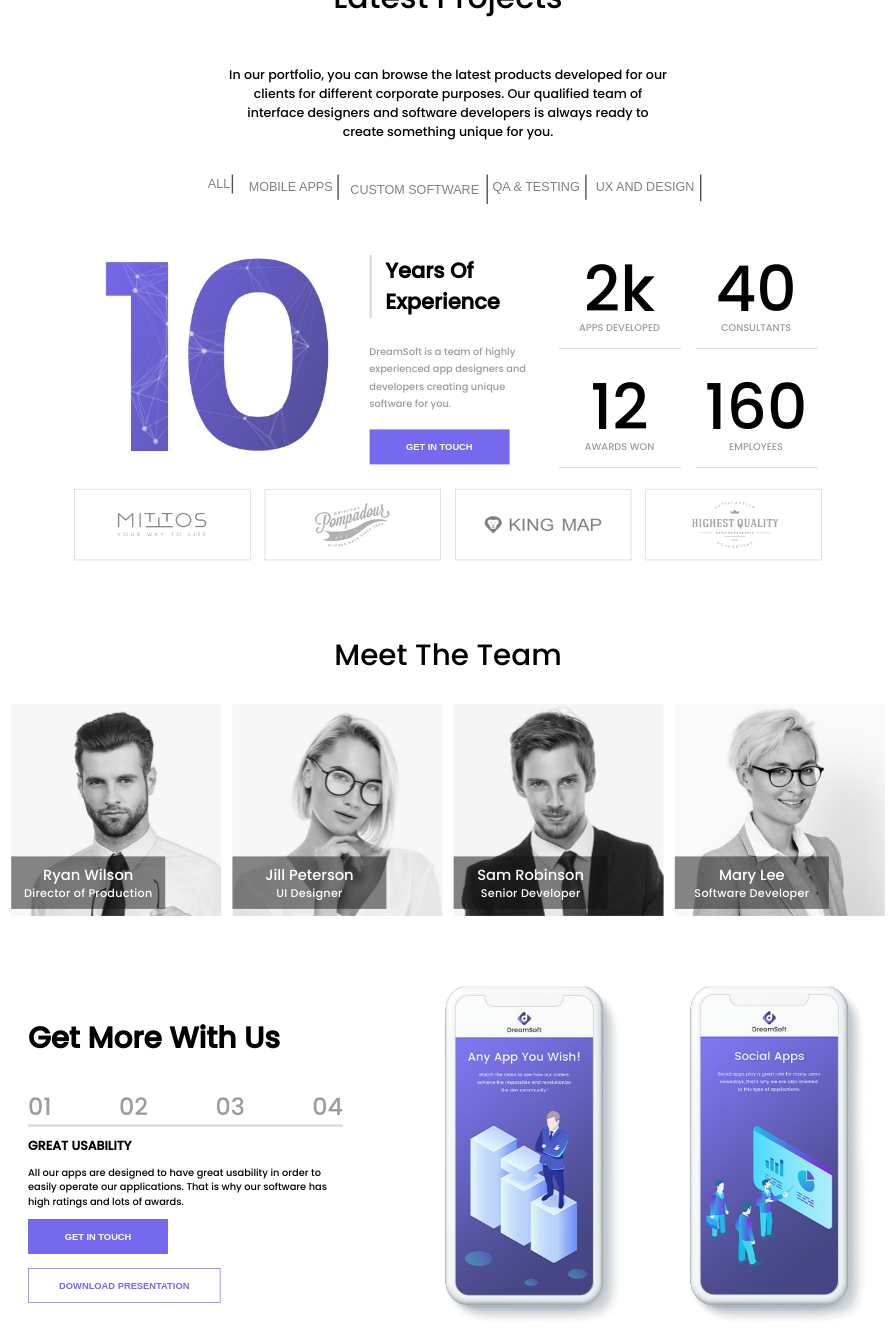
Repository: kkyler24/ladders-bootcamp-awesome
Page: index.html
An editor plug-in stored every save of this project. The page is shown before and after the next save, followed by the edit.
The browser window is 1280 px wide. The pictures show the part of the page from y = 1458 to 3378 px (the page is 6192 px tall before and 6187 px after), at 70% of full size.

Above is the page before, as saved 2021-03-20 10:44:47.

### index.html
<!DOCTYPE html>
<html lang="en">
  <head>
    <meta charset="UTF-8" />
    <meta name="viewport" content="width=device-width, initial-scale=1.0" />
    <link rel="stylesheet" href="style.css" />
    <link rel="stylesheet" href="kstyle.css" />
    <link rel="preconnect" href="https://fonts.gstatic.com">
    <link href="https://fonts.googleapis.com/css2?family=Poppins:wght@500&display=swap" rel="stylesheet">
    <title>Demo</title>
  </head>
  <body>
    <header></header>
    <nav class="container-nav">
      <a class="logopic">
        <img src="./img/jumbotron/logo-default-191x52.png" alt="MCLA LOGO"   height="63.99" width="220">
      </a>
      <div class="nav-link">
      <ul>
        <li class=" list-inline">
          <a href="./index.html">Home</a>
        </li>
        <li class="nav-item active list-inline">
          <a href="./index.html">About Us</a>
        </li>
        <li class="nav-item active list-inline">
          <a href="./index.html">Gallery</a>
        </li>
        <li class="nav-item active list-inline">
          <a href="./index.html">Pricing</a>
        </li>
        <li class="nav-item active list-inline">
          <a href="./index.html">Blog</a>
        </li>
      </ul>
    </div>
      <!-- <button></button> -->

    </nav>
    <!-- jumbotron 3 slides -->
    <div id="jumbotron" class="carousel">
      <!-- <ul class ="carousel-indicators">
          <li data-target="#carouselExampleCaptions" data-slide-to="0" class="active"></li>
          <li data-target="#carouselExampleCaptions" data-slide-to="1"></li>
          <li data-target="#carouselExampleCaptions" data-slide-to="2"></li>
          <li data-target="#carouselExampleCaptions" data-slide-to="3"></li>
      </ul> -->
      <div class="container-jumbo">
          <div class="carousel-item">
              <img id="jumboimgOne"src="./img/jumbotron/jess-bailey-q10VITrVYUM-unsplash.jpg"  alt="..." />
              <div class="jumboheadline">
                <h2 class="jumbotext">Mobile App Development</h2><br>
                  <div id="indext">
                    <p class="jumboPara"> Since our establishment, we have delivering high-quality and sutainable <br> software solutions for corporate purpose of worldwide business.</p>
                  </div>

              </div>
          </div>
          <!-- <div class="carousel-item">
              <img src="Assets/diversity2gether.jpg" class="d-block w-100" alt="..." />
              <div class="carousel-caption d-none d-md-block">
                  <h5>We Celebrate diversity</h5>
              </div>
          </div>
          <div class="carousel-item">
              <img src="Assets/womensrights.jpg" class="d-block w-100" alt="..." />
              <div class="carousel-caption d-none d-md-block">
                  <h5> We charise our choices</h5>
              </div>
          </div>
          <div class="carousel-item">
              <img src="Assets/climate.jpg" class="d-block w-100" alt="..." />
              <div class="carousel-caption d-none d-md-block">
                  <h5> We protect whats ours</h5>
              </div> -->
          </div>
      </div>
  </div>
  <!-- <a class="carousel-control-prev" href="#carouselExampleCaptions" role="button" data-slide="prev">
      <span class="carousel-control-prev-icon" aria-hidden="true"></span>
      <span class="sr-only">Previous</span>
  </a>
  <a class="carousel-control-next" href="#carouselExampleCaptions" role="button" data-slide="next">
      <span class="carousel-control-next-icon" aria-hidden="true"></span>
      <span class="sr-only">Next</span>
  </a> -->
</div>

    </section>

    <section class="all-service-section">
      <!-- see all services -->
          <div class="all-services-img">
            <img src="https://ld-wt73.template-help.com/wt_prod-18959/images/index-1-415x592.jpg" alt="" width="415" height="592">
          </div>

          <div class="all-services-container">

              <div class="corporate-solutions-block">
                <h3 class="all-services-h3">See All Services</h3>
                <button class="all-services-button">All Services</button>
              </div>
              <div class="corporate-solutions-block">
                <img src="./img/icon-phone.PNG" alt="">
                <h4 class="services-title-h4">CORPORATE SOLUTIONS</h4>
                <p class="corporate-solutions-text">Need specific software for your company? We are ready to develop it!</p>
              </div>
              <div class="corporate-solutions-block">
                <img src="./img/icon-headset.PNG" alt="">
                <h4 class="services-title-h4">CALL CENTER SOLUTIONS</h4>
                <p class="corporate-solutions-text">Our experts provide custom products of any complexity for call centers.</p>
              </div>
              <div class="corporate-solutions-block">
                <img src="./img/icon-cloud-box.PNG" alt="">
                <h4 class="services-title-h4">CLOUD DEVELOPMENT</h4>
                <p class="corporate-solutions-text">We can also offer you reliable cloud development solutions.</p>
              </div>

          </div>
    </section>

    <section id="sectThree" class="container-fluid">
      <!-- latest Projects -->
      <div class="latestPro">
        <h1 id="latestPro"> Latest Projects</h1>
        <p id="latestPara">In our portfolio, you can browse the latest products developed for our clients for different corporate purposes. Our qualified team of interface designers and software developers is always ready to create something unique for you.</p>
        <div id="latestRow">
         <div class="latestButtons"><button>All</button></div>
         <div class="latestButtons"><button>Mobile Apps</button></div>
         <div class="latestButtons"><button>custom Software</button></div>
         <div class="latestButtons"><button>QA & Testing</button></div>
         <div class="latestButtons"><button>UX and Design</button></div>
        </div>

      </div>
    </section>

    <section class="achievements-section">
      <!-- achievements -->
      <figure>
      <img src="./img/10.jpg" alt="Animated number ten" height="300" />
      </figure>
      <div class="years-of-experience-container">
        <h1>Years Of Experience</h1>
        <p>
          DreamSoft is a team of highly experienced app designers and developers
          creating unique software for you.
        </p>
        <button class="get-in-touch-button">Get in touch</button>
      </div>
      <div class="achievements-numbers-container">
        <div class="achievements-numbers-block">
          <h2>2k</h2>
          <p>APPS DEVELOPED</p>
        </div>
        <div class="achievements-numbers-block">
          <h2>40</h2>
          <p>CONSULTANTS</p>
        </div>
        <div class="achievements-numbers-block">
          <h2>12</h2>
          <p>AWARDS WON</p>
        </div>
        <div class="achievements-numbers-block">
          <h2>160</h2>
          <p>EMPLOYEES</p>
        </div>
      </div>
      <div class="logo-links-container">
        <figure>
          <img src="./img/clients-9-270x117.png" alt="Mittos Logo" >
        </figure>
        <figure>
          <img src="./img/clients-10-270x117.png" alt="Pompadour Logo" >
        </figure>
        <figure>
          <img src="./img/clients-3-270x117.png" alt="King Map Logo" >
        </figure>
        <figure>
          <img src="./img/clients-11-270x117.png" alt="Highest Quality Logo" >
        </figure>
      </div>
    </section>

    <section class="meet-the-team-section">
      <!-- meet the team -->
      <h2 class="meet-the-team-h2">Meet The Team</h2>

      <div class="meet-the-team-main-container">

          <div class="meet-team-block">
            <img src="./img/ryan-wilson.jpg" alt="">

            <div class="meet-team-text-block">
              <h4 class="meet-the-team-h4">Ryan Wilson</h4>
              <p class="meet-the-team-p">Director of Production</p>
            </div>
          </div>
          <div class="meet-team-block">
            <img src="./img/jill-peterson.jpg" alt="">

            <div class='meet-team-text-block'>
              <h4 class="meet-the-team-h4">Jill Peterson</h4>
              <p class="meet-the-team-p">UI Designer</p>
            </div>
          </div>
          <div class="meet-team-block">
            <img src="./img/sam-robinson.jpg" alt="">

            <div class='meet-team-text-block'>
              <h4 class="meet-the-team-h4">Sam Robinson</h4>
              <p class="meet-the-team-p">Senior Developer</p>
            </div>
          </div>
          <div class="meet-team-block">
            <img src="./img/mary-lee.jpg" alt="">

            <div class='meet-team-text-block'>
              <h4 class="meet-the-team-h4">Mary Lee</h4>
              <p class="meet-the-team-p">Software Developer</p>
            </div>
          </div>

      </div>
    </section>

    <section class="get-more-with-us-section">
      <!-- Get more with us -->
      <section class="get-more-with-us">
        <h1>Get More With Us</h1>
        <div class="numbers">
          <p>01</p>
          <p>02</p>
          <p>03</p>
          <p>04</p>
        </div>
        <h2>GREAT USABILITY</h2>
        <p class="get-more-about-project">
          All our apps are designed to have great usability in
          order to easily operate our applications.
          That is why our software has high ratings and lots of awards.
        </p>
        <button class="get-in-touch-button">Get in touch</button>
        <button class="download-presentation-button">Download presentation</button>
      </section>
      <img src="img/index-4-261x484.png" alt="Screen with Any App You Wish">
      <img src="img/index-5-261x484.png" alt="Screen with Socia Apps">
    </section>

    <section class="what-people-say-section">
      <!-- What People Say -->
      <h2 class="what-people-say-h2">What People Say</h2>

      <div class="what-people-say-main-container">

        <div class="client-container">
          <img src="./img/catherine-wilson.jpg" alt="">
          <div class="client-title">
            <h4 class="client-name-h4">Catherine Williams</h4>
            <p>Regular client</p>
          </div>
          <div class="client-body">
            <p class="client-body-p">DreamSoft offers a high caliber of resources skilled
            in Microsoft Azure .NET, mobile and Quality Assurance. They
            became our true business partners over the past three years.</p>
          </div>
        </div>
        <div class="client-container">
          <img src="./img/rupert-woods.jpg" alt="">
          <div class="client-title">
            <h4 class="client-name-h4">Rupert Wood</h4>
            <p>Regular client</p>
          </div>
          <div class="client-body">
            <p class="client-body-p">DreamSoft powered us with a competent team to develop
            products for banking services. The team has been delivering
            results within budget and time, which is amazing.</p>
          </div>
        </div>
        <div class="client-container">
          <img src="./img/samantha-brown.jpg" alt="">
          <div class="client-title">
            <h4 class="client-name-h4">Samantha Brown</h4>
            <p>Regular client</p>
          </div>
          <div class="client-body">
            <p class="client-body-p">DreamSoft is a highly skilled and uniquely capable
            firm with multitudes of talent on-board. We have
            results within budget and time, which is amazing.
            collaborated on a number of diverse projects that
            have been a great success.</p>
          </div>
        </div>

      </div>

    </section>

    <section class="latest-blog-posts-section">
      <h2 class="what-people-say-h2">Latest Blog Posts</h2>
      <div class="posts-container">
        <div class="post-block">
          <figure>
          <img class="post-cover" src="img/post-10-370x307.jpg">
          <img class="post-date-label" src="img/label.svg">
          <p class="post-label-date">07/04</p>
          </figure>
          <h4 class="block-post-h4">Benefits Of Async/Await</h4>
            <p class="blog-post-p">
            Asynchronous functions are a good and bad thing in JavaScript.
            The good side is that asynchronous functions are non-blocking and…
            </p>
        </div>
        <div class="post-block">
          <figure>
          <img class="post-cover" src="img/post-11-370x307.jpg">
          <img class="post-date-label" src="img/label.svg">
          <p class="post-label-date">07/17</p>
          </figure>
          <h4 class="block-post-h4">Key Considerations Of IPaaS</h4>
            <p class="blog-post-p">
              Digital transformation requires cloud appropriate adoption,
              legacy IT systems modernization, and Agile-based methodologies for faster…
            </p>
        </div>
        <div class="post-block">
          <figure>
          <img class="post-cover" src="img/post-12-370x307.jpg">
          <img class="post-date-label" src="img/label.svg">
          <p class="post-label-date">07/22</p>
          </figure>
          <h4 class="block-post-h4">Hibernate Query Language</h4>
            <p class="blog-post-p">
              In this tutorial, we will discuss the
              Hibernate Query Language. HQL is an object-oriented query language.
              Hibernate Query...
            </p>
        </div>
      </div>
    </section>

    <footer>
      <!-- contacts and info -->
      <section class="footer-contacts">
        <img src="img/logo-inverse-191x52.png" alt="DreamSoft Logo">
        <p class="about-company">
          Our company has been developing high-quality and reliable software
          for corporate needs since 2008. We are renowned professionals of
          software development.</p>
        <div class="address-block-container">
          <div class="one-contact-block">
            <h2>ADDRESS</h2>
            <p>4730 Crystal Springs Dr, Los Angeles, CA 90027</p>
          </div>
          <div class="one-contact-block">
            <h2>PHONES</h2>
            <p>
              <span class="changing-color">+1 323-913-4688</span>
              <span>,</span>
              <span class="changing-color">+1 323-888-4554</span>
            </p>
          </div>
          <div class="one-contact-block">
            <h2>E-MAILS</h2>
            <p>
              <span>info@demolink.org</span>
              <span>,</span>
              <span>mail@demolink.org</span>
            </p>
          </div>
          <div class="social-media-links-container">
            <img src="img/iconfinder_Circled_Facebook.svg" alt="Facebook Icon">
            <img src="img/iconfinder_Circled_Instagram.svg" alt="Facebook Icon">
            <img src="img/iconfinder_Circled_Linkedin.svg" alt="Facebook Icon">
            <img src="img/iconfinder_Circled_Twitter.svg" alt="Facebook Icon">
          </div>
        </div>
      </section>
      <form class="contact-form">
        <h1>Questions? Contact Us</h1>
        <input class="input-field-1" type="text" id="name" name="name" placeholder="Name"><br>
        <input class="input-field-1" type="text" id="email" name="email" placeholder="Email"><br>
        <input class="input-field-2" type="text" id="message" name="message" placeholder="Message"><br>
        <button class="send-message-button">Send message</button>
      </form>
      <section class="what-we-offer">
        <h1>What We Offer</h1>
        <div class="what-we-offer-container">
            <figure class="what-we-offer-item">
              <p>DB Management</p>
              <figure class="triangle"></figure>
            </figure>
            <figure class="what-we-offer-item">
              <p>IOS/MacOS</p>
              <figure class="triangle"></figure>
            </figure>
            <figure class="what-we-offer-item">
              <p>Android Apps</p>
              <figure class="triangle"></figure>
            </figure>
            <figure class="what-we-offer-item">
              <p>Windows Apps</p>
              <figure class="triangle"></figure>
            </figure>
            <figure class="what-we-offer-item">
              <p>UX/UI Apps</p>
              <figure class="triangle"></figure>
          </figure>
        </div>
        </section>
      </footer>
  </body>
</html>

### kstyle.css
html, body{
  overflow-x: hidden;


}

/* Navbar git  */
.container-nav {
  display: flex;
}

.list-inline {
  display: inline;
  list-style-type: none;
  padding-right: 10px;
  font-family: Georgia, "Times New Roman", Times, serif;
}

a.logopic {
  flex-flow: row;
  flex-grow: 3;
}

ul.li.a {
  font-family: "Poppins", sans-serif;
  font-weight: 500;
  color: black;
}

/* Jumbotron */
.jumboPara {
  text-align: center;
}

.jumbotron .container-jumbo {
  max-width: 100%;
  background-color: #222;
}

#jumbotron {
  padding: 30px 0px 30px 0px;
  max-width: 100%;
  text-align: center;
  background-color: transparent;
  overflow: hidden;
  font-family: "Raleway", Helvetica, Arial, sans-serif;
}

.container-jumbo {
  display: flex;
  width: 100%;
  margin: 0 auto;
  height: 561px;
}

.jumbotext {
  color: rgb(2, 2, 2);
  font-weight: 600;
  text-transform: uppercase;
  font-size: 60px;
}

.jumboheadline {
  display: flex;
  flex-direction: column;
  height: 506px;
  justify-content: flex-end;
}

#jumboimgOne {
  z-index: 0;
  position: absolute;
  display: flex;
  width: 100%;
  overflow-x: hidden;
}

.carousel-item {
  width: 100%;
}

.carousel-item,
.jumbotext,
#indext {
  position: relative;
  z-index: 2;
}

/* latest Section */

#sectThree{
  display: flex;
  font-family: "Poppins", sans-serif;
  text-align: center;
  width: 100%;
}

#latestPara{
 font-size: 18px;
 margin: auto 25% auto 25%;
 padding-top: 3%;
 max-width: ;
}

#latestPro{
  font-size: 45px;
  font-weight: lighter;
  margin-top: 2%;
  margin-bottom: 2%;
}

#latestRow{
display: flex;
justify-content: center;
margin-top: 3%;
margin-bottom: 3%;


}
#latestRow button{
  color: gray;
  font-weight: 200px;
  padding: 5%;
  margin: 10px;
 font-size: 18px;
 background-color: transparent;
 border-right-width: 2px;
 border-color: rgb(162, 164, 165);
 border-left: none;
 border-top: none;
 border-bottom: none;
 width: max-content;
 text-transform: uppercase;


}

Loaded but not shown: style.css (628 lines, source omitted)

After the next save:
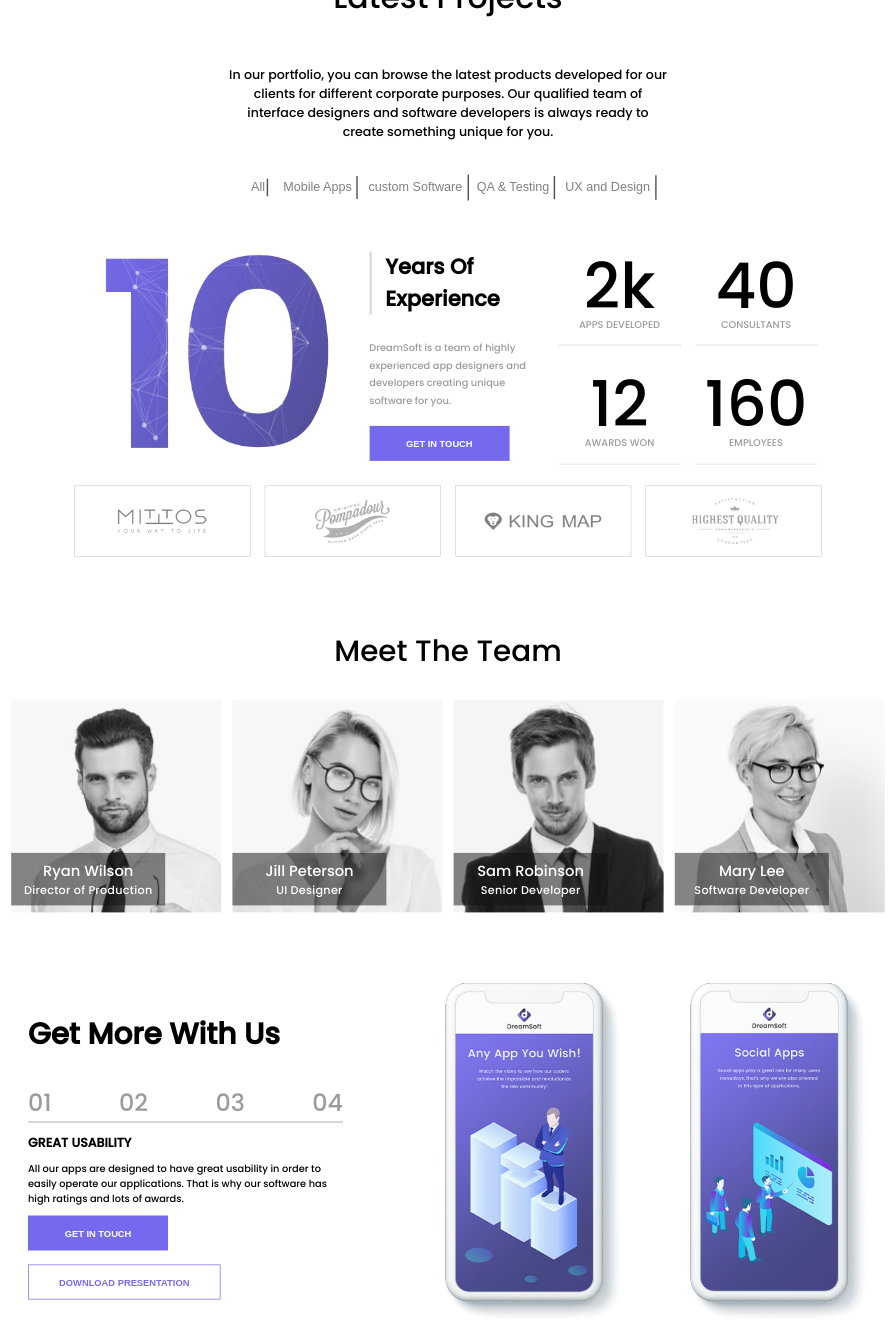
Saved 3 min 55 s later.
--- a/kstyle.css
+++ b/kstyle.css
@@ -115,7 +115,6 @@
 margin-top: 3%;
 margin-bottom: 3%;
 
-
 }
 #latestRow button{
   color: gray;
@@ -130,7 +129,11 @@
  border-top: none;
  border-bottom: none;
  width: max-content;
- text-transform: uppercase;
+
 
 
 }
+.latestButtons{
+  text-transform: uppercase;
+  align-content: center;
+}

After the 2 saves that followed:
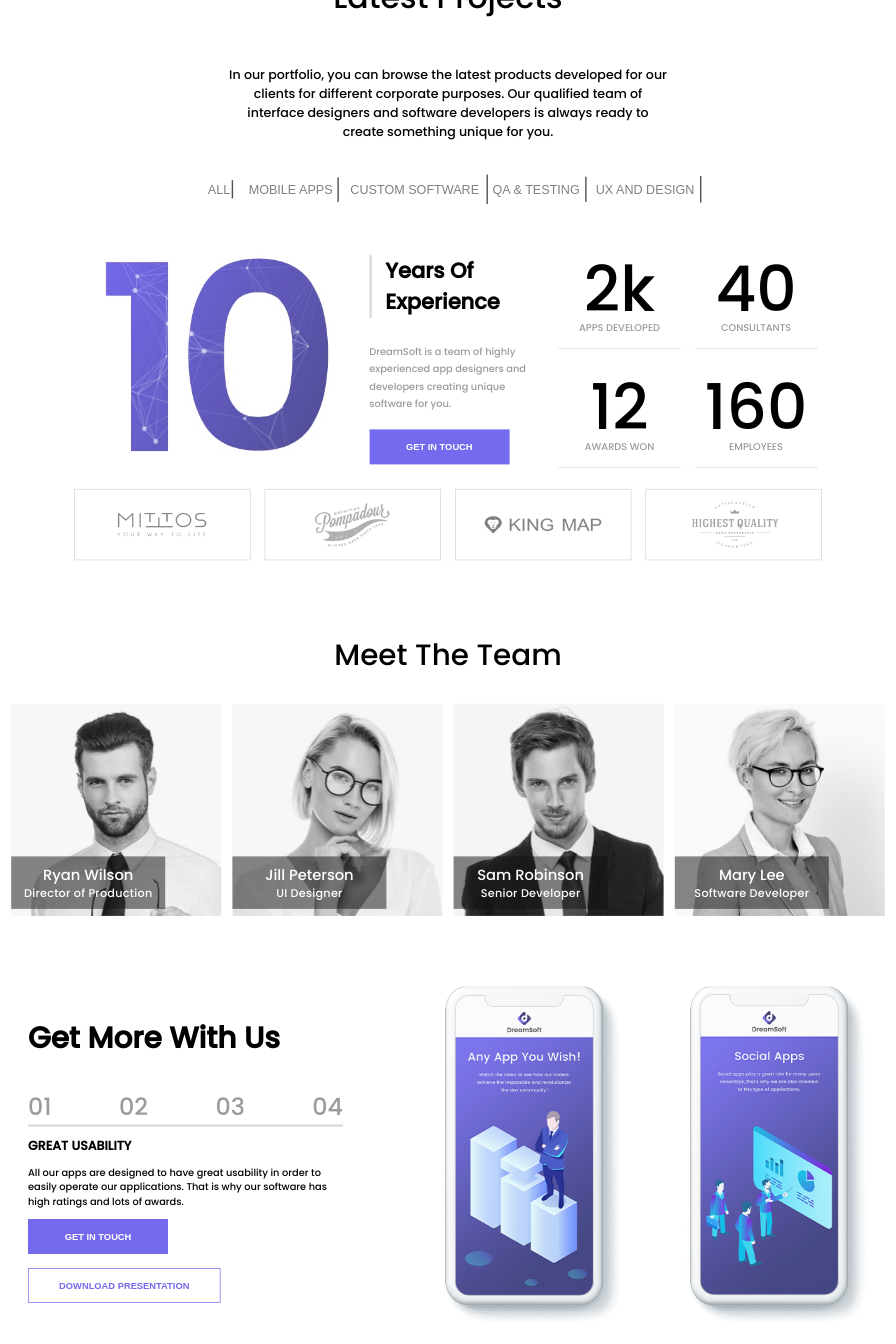
The 2 saves are shown as one change because 1 left the picture as it was.
The last was saved 98 s later.
--- a/kstyle.css
+++ b/kstyle.css
@@ -129,11 +129,9 @@
  border-top: none;
  border-bottom: none;
  width: max-content;
-
-
-
+ text-transform: uppercase;
 }
 .latestButtons{
-  text-transform: uppercase;
+
   align-content: center;
 }
